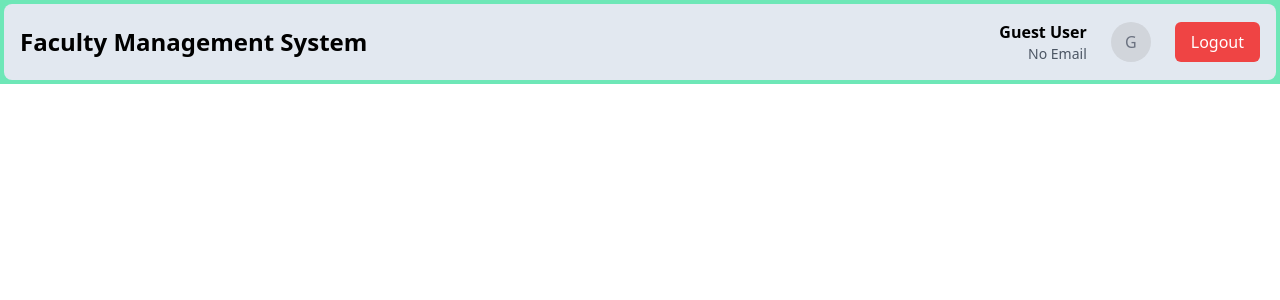
Repository: Haseeb467/Faculty-Online-data
Page: /NavBar
An editor plug-in stored every save of this project. The page is shown before and after a run of saves, followed by the edit.
The browser window is 1280 px wide. The pictures show the whole page.
The project was rebuilt for these pictures with package versions that can differ from the ones it lists, and the page was loaded fresh each time. Also part of the build but not shown: vite.config.ts, src/Components/Sidebar.tsx, src/Admin/EditTeacher/EditTeacher.tsx, src/Pages/mainPage/MainPageItems.tsx, src/Components/AdminLayout.tsx, src/Admin/AddTeacher/AddTeacher.tsx, src/lib/utils.ts, src/Components/ui/button.tsx and 13 more.

Above is the page before, as saved 2024-12-25 11:46:18.

After the next 2 saves:
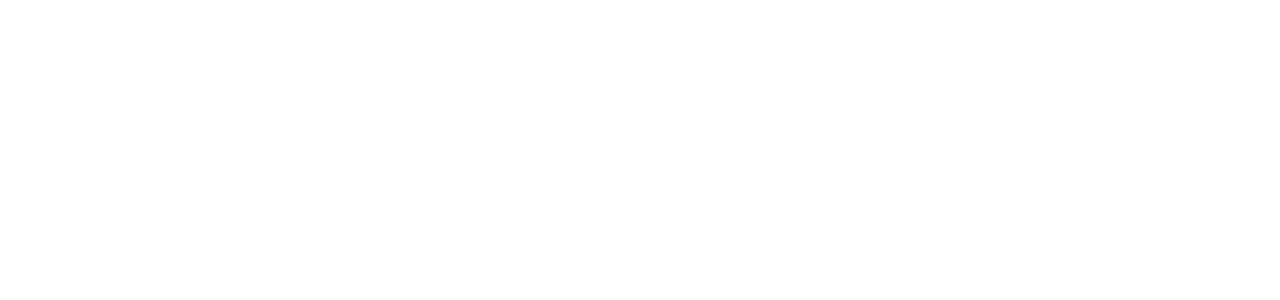
Console error: TypeError: Cannot read properties of null (reading 'name')
The 2 saves are shown as one change because they came seconds apart.
The last was saved 6 s later.
--- a/src/Components/NavBar.tsx
+++ b/src/Components/NavBar.tsx
@@ -112,7 +112,7 @@
                 <div className="text-right">
                     <p className="font-semibold">
                         {user?.name || user?.displayName || "Guest User"}
-                        {console.log()}
+                        {console.log(user.name)}
                     </p>
                     <p className="text-sm text-gray-600">
                         {user?.email || "No Email"}

After the 4 saves that followed:
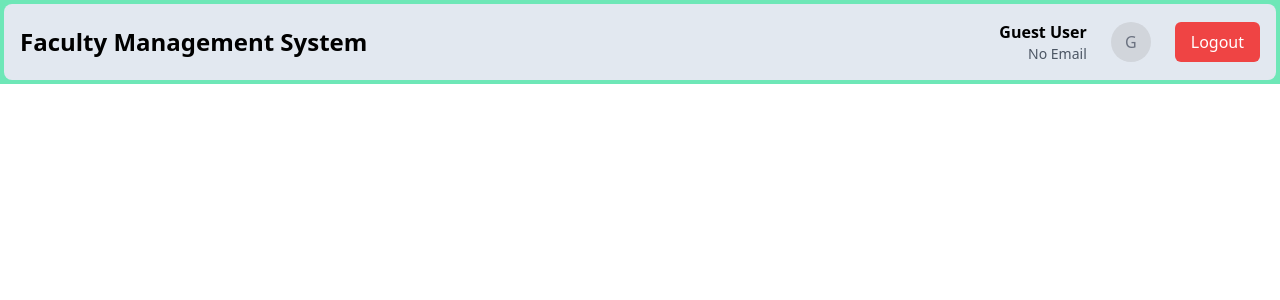
The error is gone.
The 4 saves are shown as one change because they came seconds apart.
The last was saved 12 s later.
--- a/src/Components/NavBar.tsx
+++ b/src/Components/NavBar.tsx
@@ -112,7 +112,6 @@
                 <div className="text-right">
                     <p className="font-semibold">
                         {user?.name || user?.displayName || "Guest User"}
-                        {console.log(user.name)}
                     </p>
                     <p className="text-sm text-gray-600">
                         {user?.email || "No Email"}
